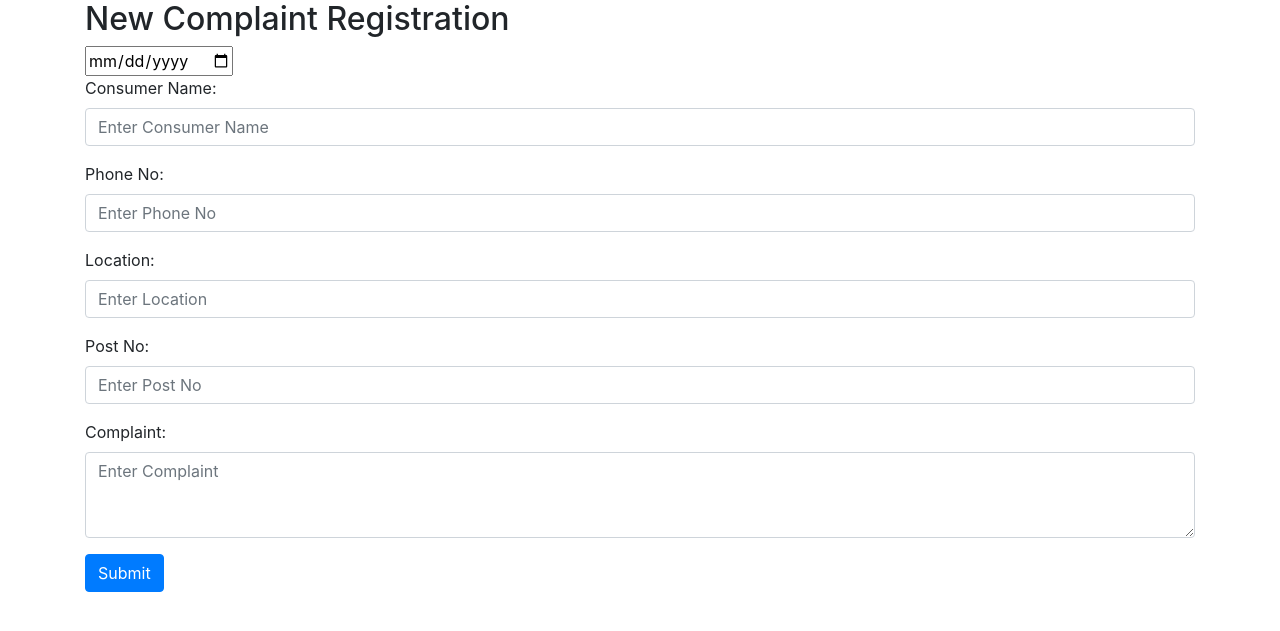
Repository: Jobinte/KSEB-PROJECT
Page: KSEB-complaint-management/WebContent/complaintRegistration.html
These files come from the project's save history. The page is drawn as it stood at one moment and after the next save; the edit follows.
The browser window is 1280 px wide. The pictures show the whole page.

Above is the page before, as saved 2023-11-21 11:02:33.

### KSEB-complaint-management/WebContent/complaintRegistration.html


<!DOCTYPE html>
<html lang="en">
<head>
<meta charset="UTF-8">
<meta name="viewport" content="width=device-width, initial-scale=1.0">
<title>New Complaint Registration</title>
<link rel="stylesheet"
	href="https://maxcdn.bootstrapcdn.com/bootstrap/4.5.2/css/bootstrap.min.css">
<script
	src="https://ajax.googleapis.com/ajax/libs/jquery/3.5.1/jquery.min.js"></script>
<script
	src="https://cdnjs.cloudflare.com/ajax/libs/popper.js/1.16.0/umd/popper.min.js"></script>
<script
	src="https://maxcdn.bootstrapcdn.com/bootstrap/4.5.2/js/bootstrap.min.js"></script>
</head>
<body>
	<div class="container">
		<h2>New Complaint Registration</h2>
		<input type="date">
		<form>
			<div class="form-group">
				<label for="ConsumerName">Consumer Name:</label> <input type="text"
					class="form-control" id="ConsumerName"
					placeholder="Enter Consumer Name">
			</div>
			<div class="form-group">
				<label for="PhoneNo">Phone No:</label> <input type="text"
					class="form-control" id="PhoneNo" placeholder="Enter Phone No">
			</div>
			<div class="form-group">
				<label for="Location">Location:</label> <input type="text"
					class="form-control" id="Location" placeholder="Enter Location">
			</div>
			<div class="form-group">
				<label for="PostNo">Post No:</label> <input type="text"
					class="form-control" id="PostNo" placeholder="Enter Post No">
			</div>
			<div class="form-group">
				<label for="Complaint">Complaint:</label>
				<textarea class="form-control" id="Complaint" rows="3"
					placeholder="Enter Complaint"></textarea>
			</div>
			<button type="submit" class="btn btn-primary">Submit</button>
		</form>
	</div>
</body>
</html>

After the next save:
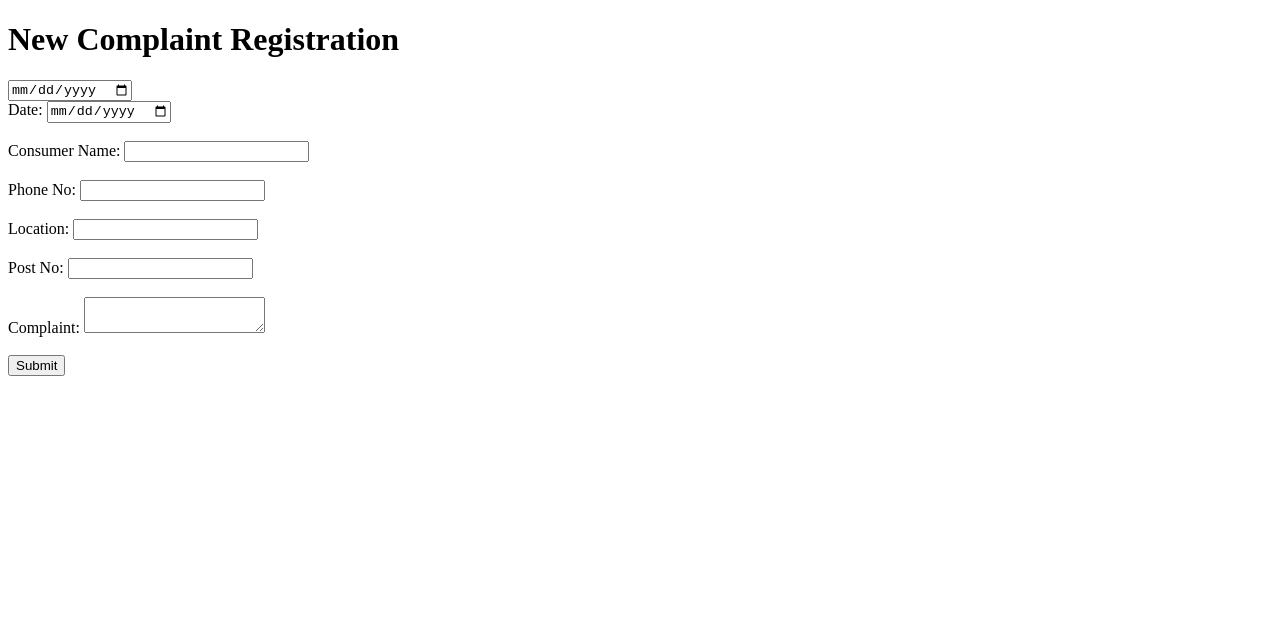
Saved 19 min 45 s later.
--- a/KSEB-complaint-management/WebContent/complaintRegistration.html
+++ b/KSEB-complaint-management/WebContent/complaintRegistration.html
@@ -1,49 +1,34 @@
+<!DOCTYPE html>
+<html>
+<head>
+    <title>New Complaint Registration</title>
+</head>
+<body>
+    <h1>New Complaint Registration</h1>
+   <input type="date">
+
+    <form id="complaintForm">
+        <label for="date">Date:</label>
+        <input type="date" id="date" name="date" required><br><br>
+
+        <label for="consumerName">Consumer Name:</label>
+        <input type="text" id="consumerName" name="consumerName" required><br><br>
+
+        <label for="phoneNo">Phone No:</label>
+        <input type="tel" id="phoneNo" name="phoneNo" required><br><br>
+
+        <label for="location">Location:</label>
+        <input type="text" id="location" name="location" required><br><br>
+
+        <label for="postNo">Post No:</label>
+        <input type="text" id="postNo" name="postNo" required><br><br>
+
+        <label for="complaint">Complaint:</label>
+        <textarea id="complaint" name="complaint" required></textarea><br><br>
+
+        <input type="submit" value="Submit">
+    </form>
 
 
-<!DOCTYPE html>
-<html lang="en">
-<head>
-<meta charset="UTF-8">
-<meta name="viewport" content="width=device-width, initial-scale=1.0">
-<title>New Complaint Registration</title>
-<link rel="stylesheet"
-	href="https://maxcdn.bootstrapcdn.com/bootstrap/4.5.2/css/bootstrap.min.css">
-<script
-	src="https://ajax.googleapis.com/ajax/libs/jquery/3.5.1/jquery.min.js"></script>
-<script
-	src="https://cdnjs.cloudflare.com/ajax/libs/popper.js/1.16.0/umd/popper.min.js"></script>
-<script
-	src="https://maxcdn.bootstrapcdn.com/bootstrap/4.5.2/js/bootstrap.min.js"></script>
-</head>
-<body>
-	<div class="container">
-		<h2>New Complaint Registration</h2>
-		<input type="date">
-		<form>
-			<div class="form-group">
-				<label for="ConsumerName">Consumer Name:</label> <input type="text"
-					class="form-control" id="ConsumerName"
-					placeholder="Enter Consumer Name">
-			</div>
-			<div class="form-group">
-				<label for="PhoneNo">Phone No:</label> <input type="text"
-					class="form-control" id="PhoneNo" placeholder="Enter Phone No">
-			</div>
-			<div class="form-group">
-				<label for="Location">Location:</label> <input type="text"
-					class="form-control" id="Location" placeholder="Enter Location">
-			</div>
-			<div class="form-group">
-				<label for="PostNo">Post No:</label> <input type="text"
-					class="form-control" id="PostNo" placeholder="Enter Post No">
-			</div>
-			<div class="form-group">
-				<label for="Complaint">Complaint:</label>
-				<textarea class="form-control" id="Complaint" rows="3"
-					placeholder="Enter Complaint"></textarea>
-			</div>
-			<button type="submit" class="btn btn-primary">Submit</button>
-		</form>
-	</div>
 </body>
 </html>
